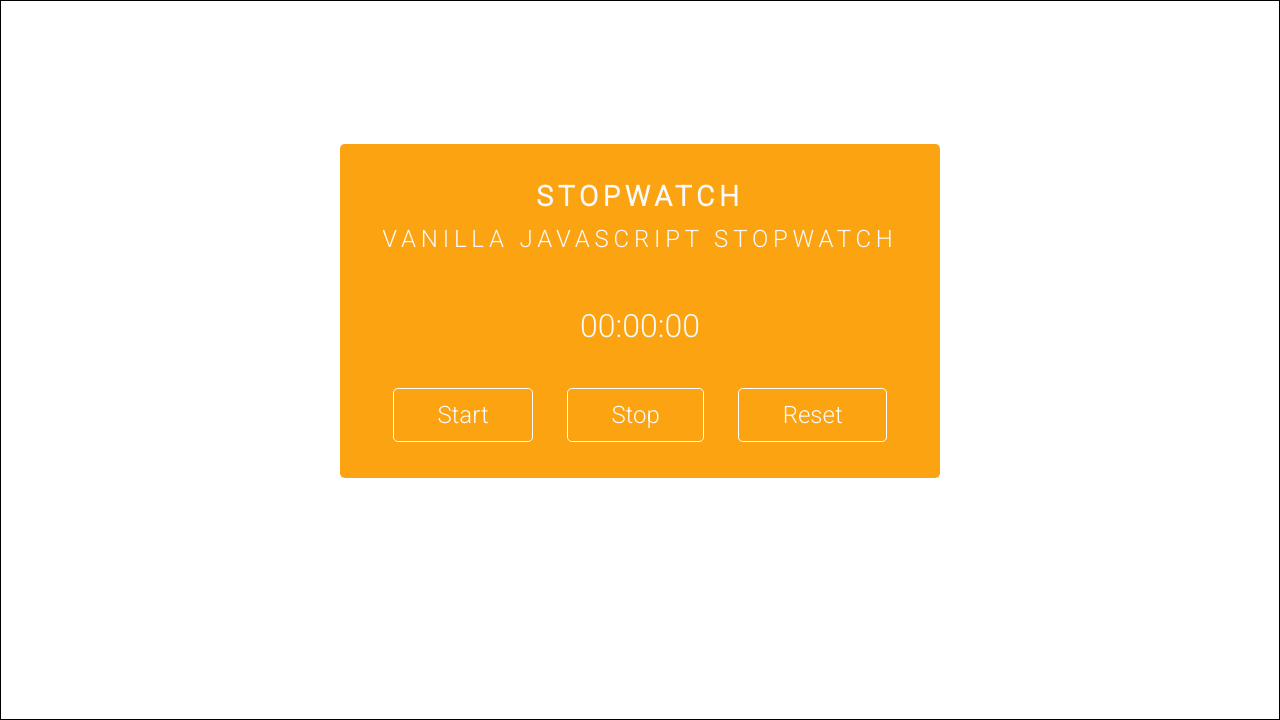
Repository: siaxiong/siaxiong.github.io
Page: doc/stopWatch.html
These files come from the project's save history. The page is drawn as it stood at one moment and after the next save; the edit follows.
The browser window is 1280 px wide. The pictures show the whole page.

Above is the page before, as saved 2021-03-11 17:46:59.

### doc/stopWatch.html
<!DOCTYPE html>
<html lang="en">

<head>
    <meta charset="UTF-8">
    <meta http-equiv="X-UA-Compatible" content="IE=edge">
    <meta name="viewport" content="width=device-width, initial-scale=1.0">
    <link rel="preconnect" href="https://fonts.gstatic.com">
    <link href="https://fonts.googleapis.com/css2?family=Roboto:wght@300&display=swap" rel="stylesheet">
    <title>StopWatch</title>
</head>

<style>
    * {
        box-sizing: border-box;
        padding: 0;
        margin: 0;
    }


    .container {
        border: 1px solid black;
        height: 100vh;
    }

    .stopwatch {
        margin: 0 auto;
        max-width: 600px;
        width: 100%;

        color: #f8f9fa;
        font-family: 'Roboto', sans-serif;
        text-align: center;

        font-size: 1.5rem;
        border-radius: 0.2em;

    }

    .stopwatch--orange {
        background-color: #fca311;

    }

    .stopwatch__title,
    .stopwatch__buttons {
        padding: 1.5em;
        /* margin: 1em 0; */
        /* border: 1px solid yellow; */
    }

    .stopwatch__title, .stopwatch__buttons {
        overflow-wrap: break-word;
        letter-spacing: 0.2em;
        /* font-size: 1.5rem; */
    }

    .stopwatch__title>* + *{
        margin: 0.5em 0;

    }

    .stopwatch__buttons {
        display: flex;
        justify-content: space-around;
        flex-wrap: wrap;
    }

    .stopwatch__button:focus {
        /* outline: none */
    }



    .stopwatch__time {
        overflow-wrap: break-word;
        font-size: 2rem;
        padding: 0.2em;
    }

    .stopwatch__buttons>* {
        border: 1px solid #fff;
        border-radius: 0.2em;
        padding: 0.5em 1.8em;
        font-family: inherit;
        font-size: inherit;
        color: inherit;
        background-color: inherit;

    }

    .stopwatch--position {
        position: absolute;
        top: 20%;
        left: 50%;
        transform: translateX(-50%);

    }

    .stopwatch--medium {
    }

    @media only screen and (max-width: 700px) {
        .stopwatch {
            max-width: 90%;
        }
    }

    @media only screen and (max-width:556px) {
        .stopwatch__buttons>* {
            flex: 1;
        }
    }
</style>

<body>

    <!-----USE BEM METHODOLOGY-->
    <div class="container">

        <div class="stopwatch stopwatch--orange stopwatch--medium stopwatch--position">
            <div class="stopwatch__title">
                <h3>STOPWATCH</h3>
                <p>VANILLA JAVASCRIPT STOPWATCH</p>
            </div>

            <div id="stopwatch__time" class="stopwatch__time">
                00:00:00

            </div>

            <div class="stopwatch__buttons">
                <button id="stopwatch__button--start" class="stopwatch__button">
                    Start
                </button>
                <button id="stopwatch__button--stop" class="stopwatch__button">
                    Stop
                </button>
                <button id="stopwatch__button--reset"class="stopwatch__button">
                    Reset
                </button>
            </div>

        </div>

    </div>

    <script>

        let startButton = document.getElementById('stopwatch__button--start');
        let stopButton = document.getElementById('stopwatch__button--stop');
        let resetButton = document.getElementById('stopwatch__button--reset');

        let startTime;
        let elapsedTime = 0;
        let timerInterval;

        startButton.addEventListener("click", start);
        stopButton.addEventListener("click", stop);
        resetButton.addEventListener("click", reset);



        function start(){
            startTime = Date.now() - elapsedTime;
            timerInterval = setInterval(function printTime(){
                elapsedTime = Date.now() - startTime;
                print(timeToString(elapsedTime));
            }, 10)
        }

        function stop(){
            clearInterval(timerInterval);
        }

        function reset(){
            clearInterval(timerInterval);
            print("00:00:00");
            elapsedTime = 0;
        }

        function print(txt){
            document.getElementById("stopwatch__time").innerHTML = txt;
        }

        function timeToString(time) {

            let diffInHrs = time / 3600000;
            let hh = Math.floor(diffInHrs)

            let diffInMin = (diffInHrs - hh) * 60;
            let mm = Math.floor(diffInMin)

            let diffInSec = (diffInMin - mm) * 60;
            let ss = Math.floor(diffInSec);

            let DiffInMs = (diffInSec - ss) * 100;
            let ms = Math.floor(DiffInMs);


            let formattedMM = mm.toString().padStart(2, "0");
            let formattedSS = ss.toString().padStart(2, "0");
            let formattedMS = ms.toString().padStart(2, "0");


            return `${formattedMM}:${formattedSS}:${formattedMS}`;
        }




    </script>


</body>

</html>

After the next save:
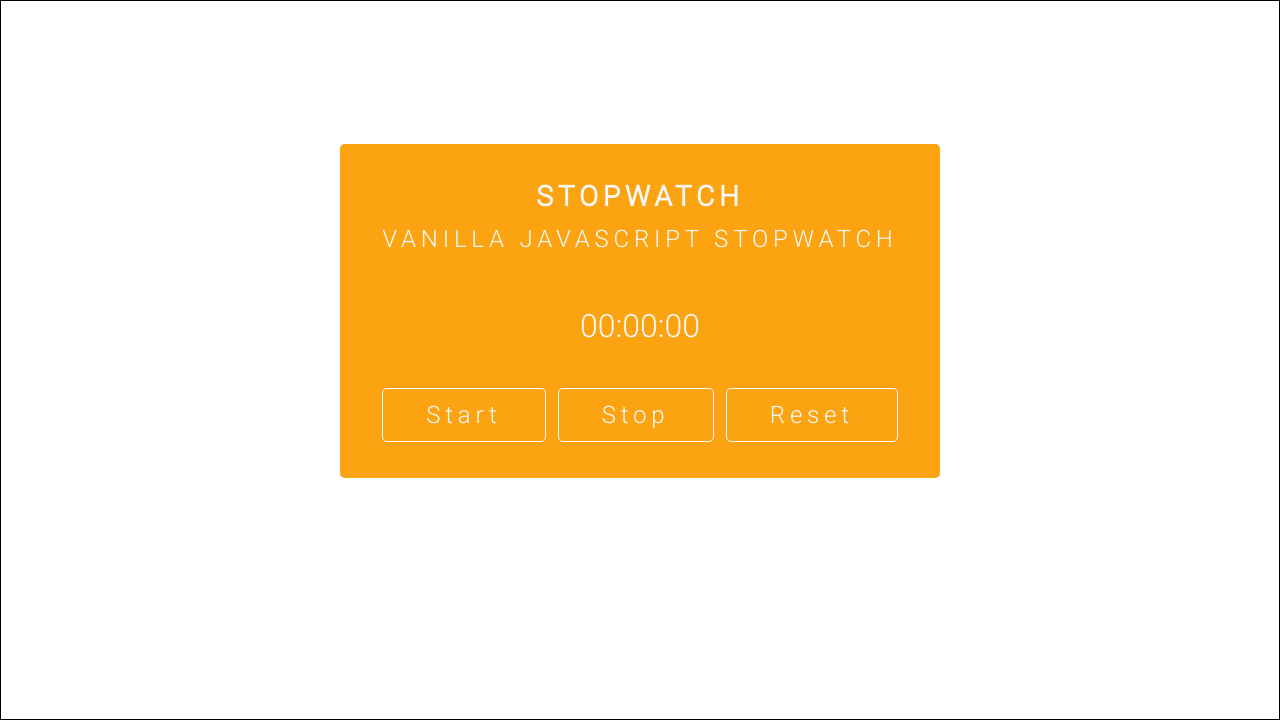
Saved 18 s later.
--- a/doc/stopWatch.html
+++ b/doc/stopWatch.html
@@ -49,7 +49,7 @@
         /* border: 1px solid yellow; */
     }
 
-    .stopwatch__title, .stopwatch__buttons {
+    .stopwatch__title, .stopwatch__button {
         overflow-wrap: break-word;
         letter-spacing: 0.2em;
         /* font-size: 1.5rem; */
